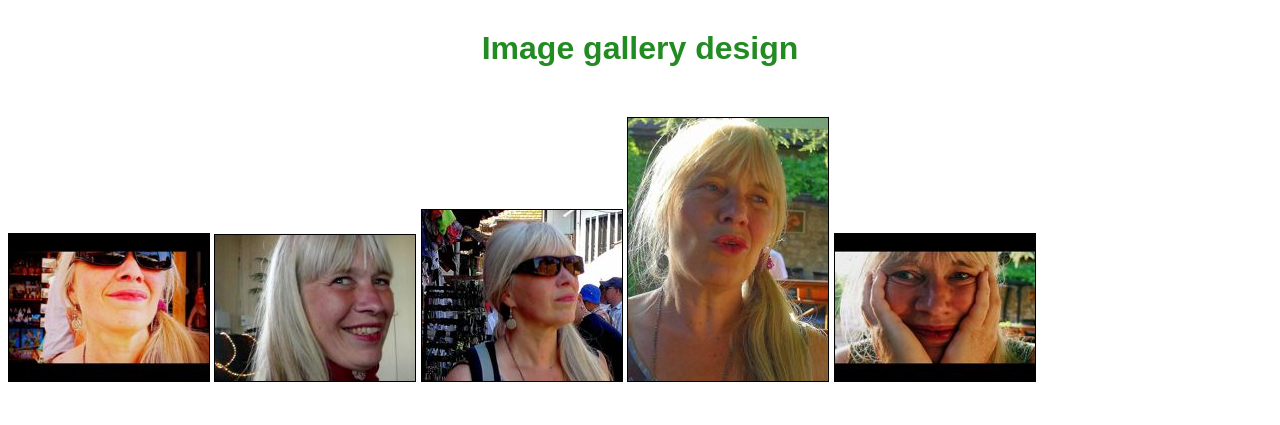
Repository: hindrik40/bildspel-lightbox
Page: index.html
The author's editor kept a copy of each file at every save. The page is drawn from the files as they stood at one save, then again after the next save.
The browser window is 1280 px wide. The pictures show the whole page.

Above is the page before, as saved 2021-08-08 16:42:33.

### index.html
<!DOCTYPE html>
<html lang="en">
<head>
    <meta charset="UTF-8">
    <meta http-equiv="X-UA-Compatible" content="IE=edge">
    <meta name="viewport" content="width=device-width, initial-scale=1.0">
    <link rel="stylesheet" href="css/style.css">
    <title>slide lightbox</title>
</head>
<body>
    <h1>Image gallery design</h1>
    <div class="gallery">
        <img src="images/b7t.jpg">
        <img src="images/b5t.jpg">
        <img src="images/b6t.jpg">
        <img src="images/b9t.jpg">
        <img src="images/b8t.jpg">



    </div>

</body>
</html>

### css/style.css
body{
    font-family: sans-serif;
}
h1{
    text-align: center;
    color:forestgreen;
    margin: 30px 0 50px;
}

img{
    border:1px solid black;
}

After the next save:
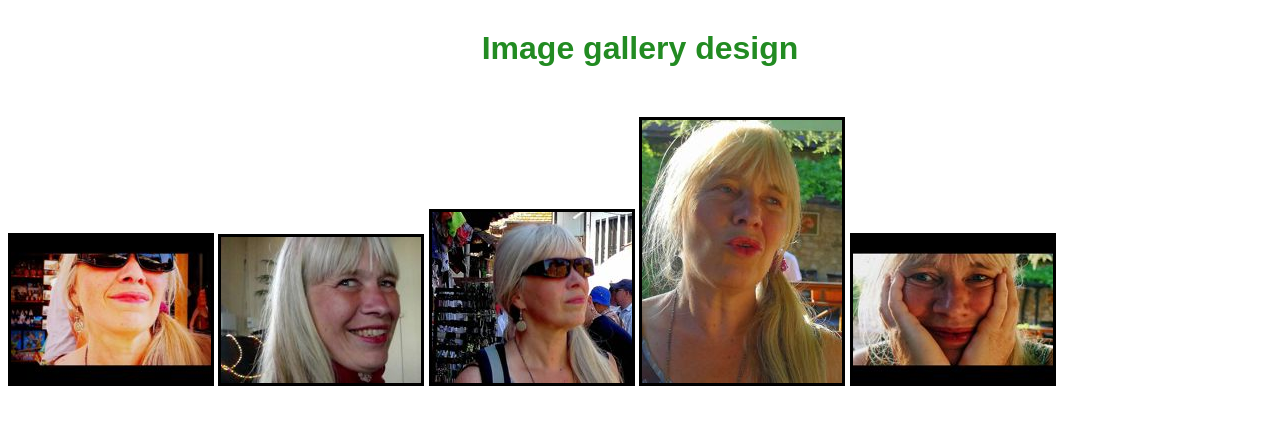
Saved 4 s later.
--- a/css/style.css
+++ b/css/style.css
@@ -8,5 +8,5 @@ h1{
 }
 
 img{
-    border:1px solid black;
+    border:3px solid black;
 }
